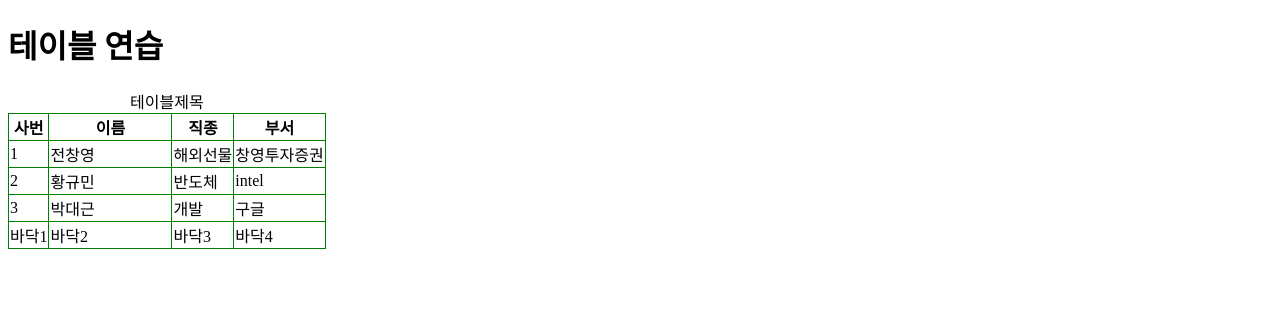
Repository: keeka2/webPractice
Page: MyStudy/HTML_Study/work/0821/WebContent/ex4_table.html
An editor plug-in stored every save of this project. The page is shown before and after the next save, followed by the edit.
The browser window is 1280 px wide. The pictures show the whole page.

Above is the page before, as saved 2020-08-21 05:21:31.

After the next save:
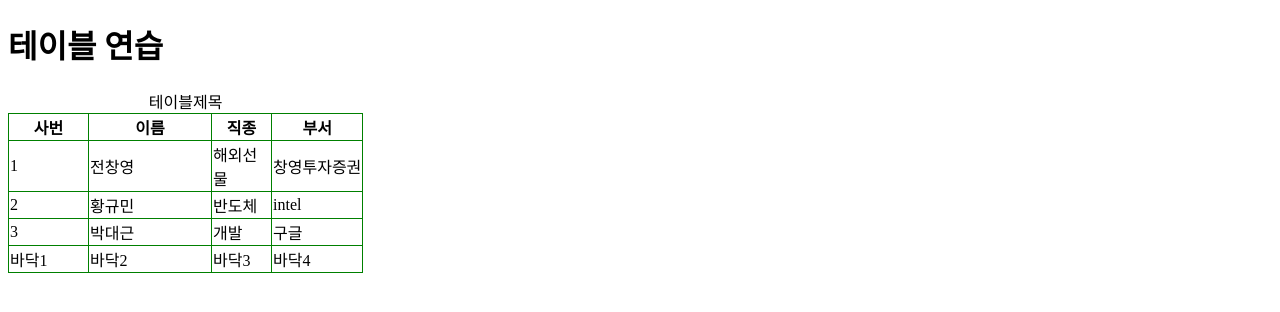
Saved 2 min 42 s later.
--- a/MyStudy/HTML_Study/work/0821/WebContent/ex4_table.html
+++ b/MyStudy/HTML_Study/work/0821/WebContent/ex4_table.html
@@ -30,6 +30,12 @@
 	<div>
 		<table>
 			<caption>테이블제목</caption>
+			<colgroup>
+				<col width="80"/>
+				<col width="120"/>
+				<col width="60"/>
+				<col width="*"/>
+			</colgroup>
 			<thead><!-- 테이블 머리글 -->
 				<tr>
 					<th>사번</th>
